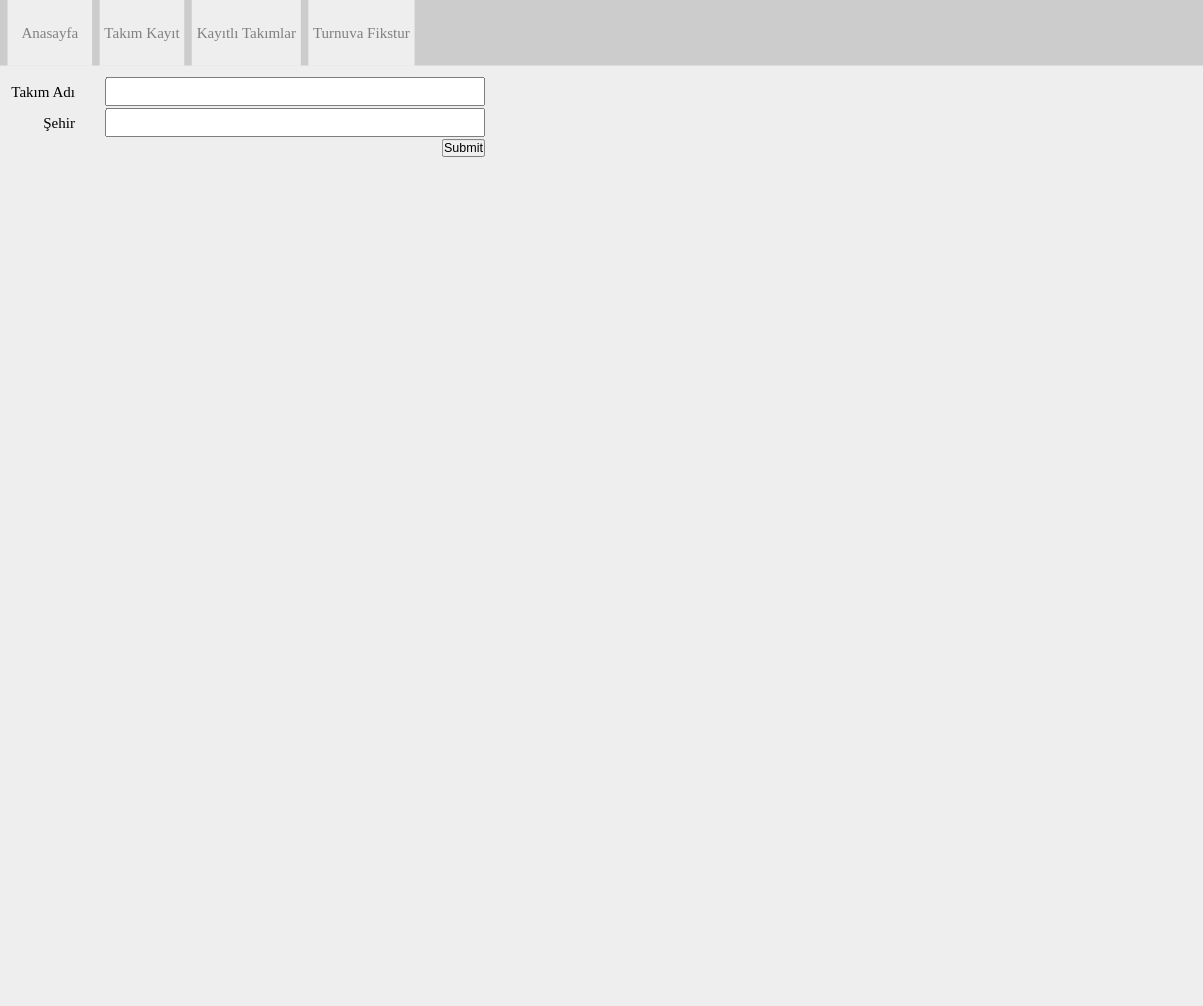
Repository: oktembaris77/internet_final
Page: http://localhost/internetfinal/takim_kayit.jsp
These files come from the project's save history. The page is drawn as it stood at one moment and after the next save; the edit follows.
The browser window is 1280 px wide. The pictures show the whole page, at 94% of full size.
The page is served by Tomcat 9. Other server files are loaded and not shown.

Above is the page before, as saved 2020-05-11 20:02:36.

### internetfinal/WebContent/takim_kayit.jsp
<%@ page language="java" contentType="text/html; charset=UTF-8"
    pageEncoding="UTF-8"%>
<!DOCTYPE html>
<html>
<head>
<meta charset="ISO-8859-1">
<title>Takım Kayıt</title>
<meta charset="utf-8"/>
<style>
*{
	margin:0;padding:0;
}

#ustmenu{
width:100%;
height:70px;
background-color:#ccc;
}
a{
text-decoration:none;
color:gray;
}
a:hover{
text-decoration:none;
color:white;
}
#sayfabtn{
height:70px;
min-width:90px;
background-color:#eee;
color:white;
text-align:center;
margin-left:8px;
text-decoration:none;
padding:0px 5px 0px 5px;
box-sizing:border-box;
line-height:70px;
float:left;
}

#sayfabtn:hover{
transition:0.2s;
background-color:#ccc;
border:1px solid #ccc;
box-shadow: 1px 2px 1px 1px gray;
}

#icerik{
width:100%;
height:1000px;
background-color:#eee;
padding:10px;
box-sizing:border-box;
}

td{
text-align:right;
}
#inputtext{
height: 27px;
width: 400px;
margin-left:30px;
}
</style>
</head>
<body>
	<div id="ustmenu">
		<div id="sayfabtn">
			<a href = "index.jsp">Anasayfa</a>
		</div>
		<div id="sayfabtn">
			<a href = "takim_kayit.jsp">Takım Kayıt</a>
		</div>
		<div id="sayfabtn">
			<a href = "kayitli_takimlar.jsp">Kayıtlı Takımlar</a>
		</div>
		<div id="sayfabtn">
			<a href = "turnuva_fikstur.jsp">Turnuva Fikstur</a>
		</div>
	</div>

	<div id="icerik">
		<form name="takimkayit" action="TakimKayitServlet" method="post">
			<table>
				<tr>
					<td>Takım Adı </td>
					<td><input id="inputtext" type="text" name="takimadi"></td>
				</tr>
				<tr>
					<td>Şehir </td>
					<td><input id="inputtext" type="text" name="sehir"></td>
				</tr>
				<tr>
					<td></td>
					<td><input type="submit"></td>
				</tr>
			</table>


		</form>
	</div>



</body>
</html>

After the next save:
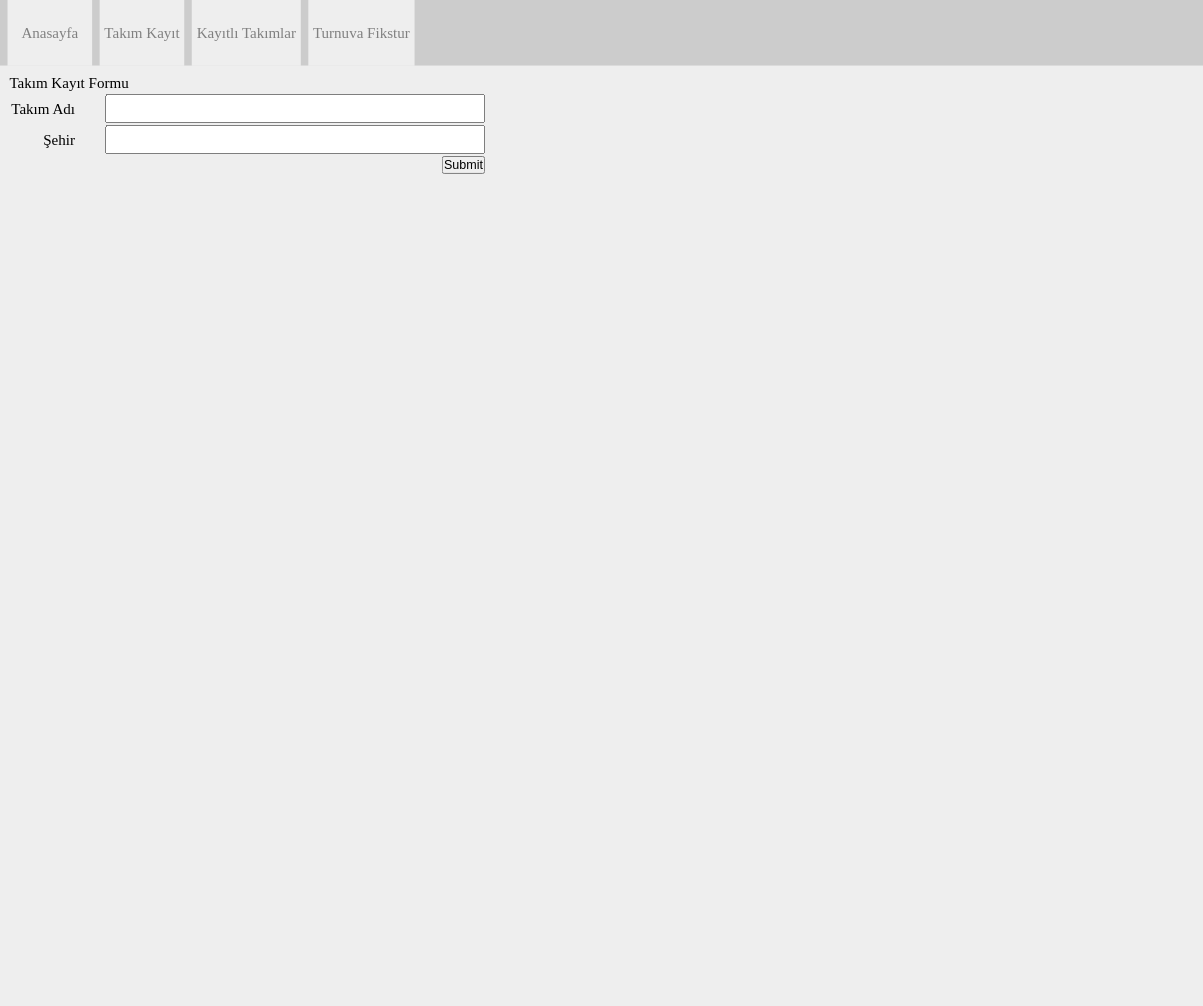
Saved 29 s later.
--- a/internetfinal/WebContent/takim_kayit.jsp
+++ b/internetfinal/WebContent/takim_kayit.jsp
@@ -80,6 +80,7 @@
 	</div>
 
 	<div id="icerik">
+	<p>Takım Kayıt Formu</p>
 		<form name="takimkayit" action="TakimKayitServlet" method="post">
 			<table>
 				<tr>
